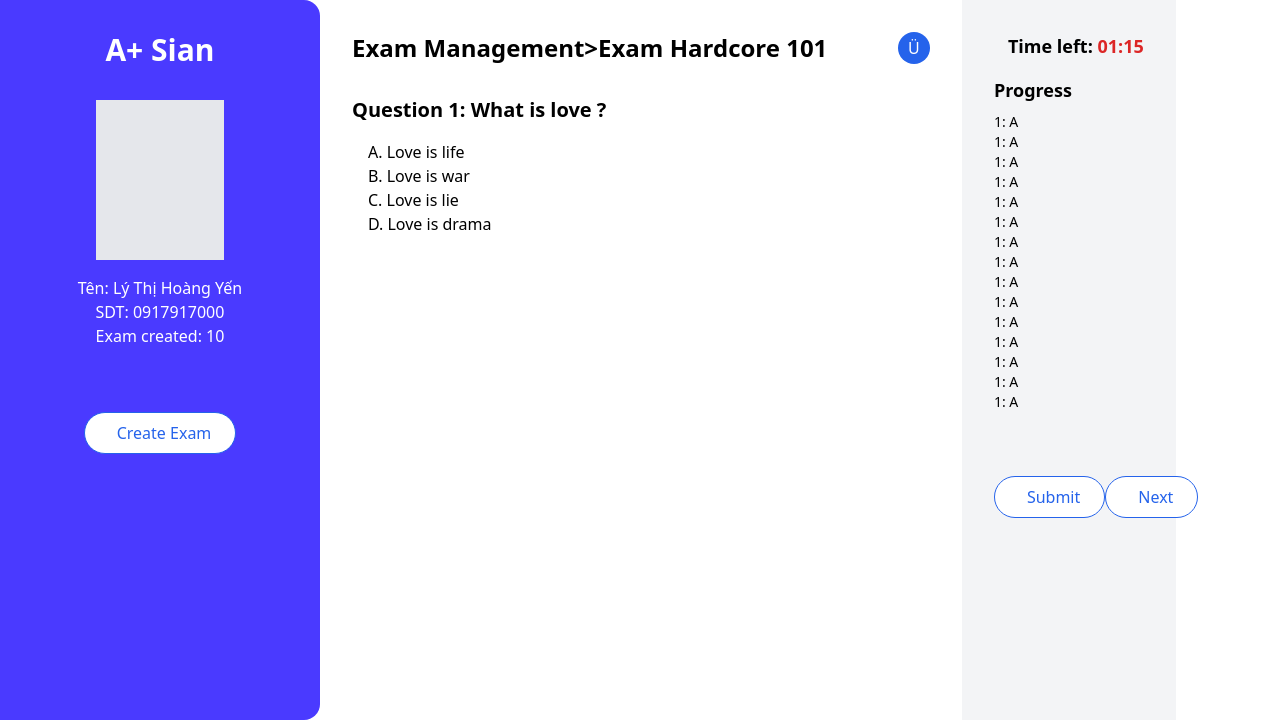
Repository: LyThiHoangYen/A_client
Page: / (app in online-exam-system-frontend/)
An editor plug-in stored every save of this project. The page is shown before and after the next save, followed by the edit.
The browser window is 1280 px wide. The pictures show the whole page.
The project was rebuilt for these pictures with package versions that can differ from the ones it lists, and the page was loaded fresh each time.

Above is the page before, as saved 2024-10-23 14:26:40.

After the next save:
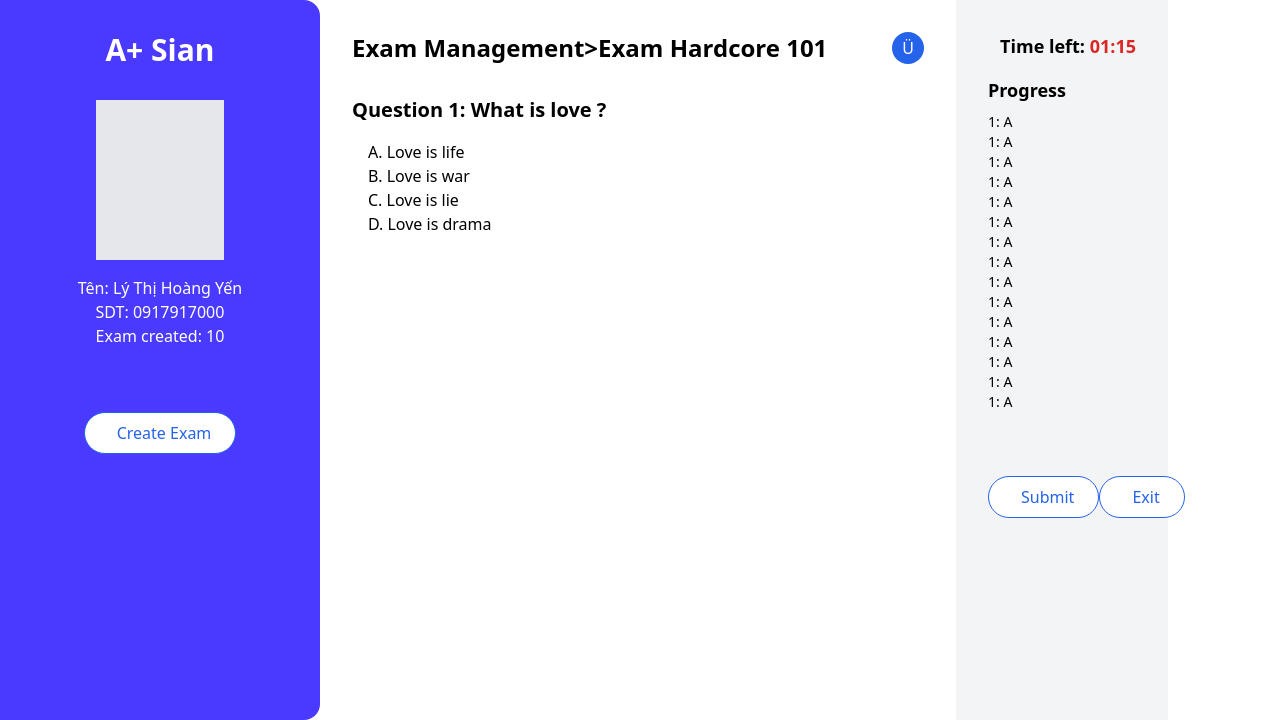
Saved 4 s later.
--- a/online-exam-system-frontend/src/components/rightSideBarExam.js
+++ b/online-exam-system-frontend/src/components/rightSideBarExam.js
@@ -21,7 +21,7 @@ function SidebarRight () {
         </div>
         <div className="flex justify-between">
             <Button text="Submit" />
-            <Button text="Next" />
+            <Button text="Exit" />
         </div>
       </div>
     );
